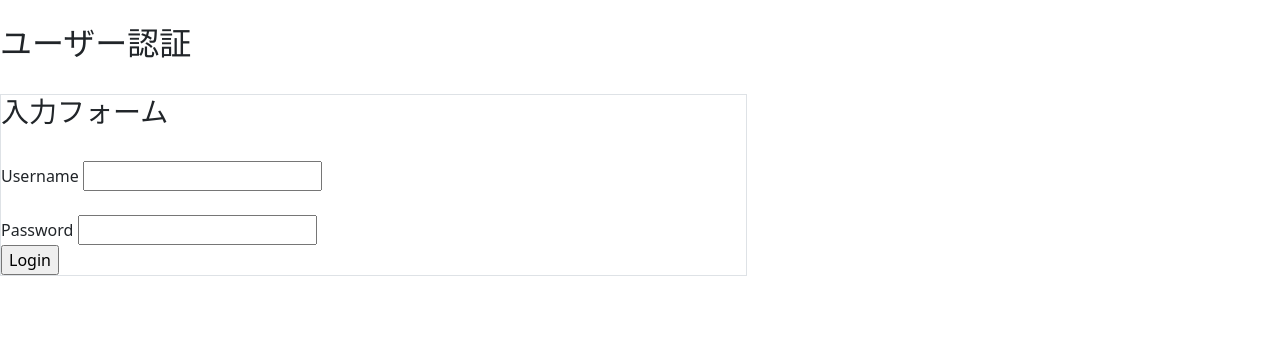
Repository: tt-nk/form-app
Page: http://localhost/login
An editor plug-in stored every save of this project. The page is shown before and after the next save, followed by the edit.
The browser window is 1280 px wide. The pictures show the whole page.
The page is served by the project's application, run on Flask 3 (app.py).

Above is the page before, as saved 2021-12-15 00:52:58.

After the next save:
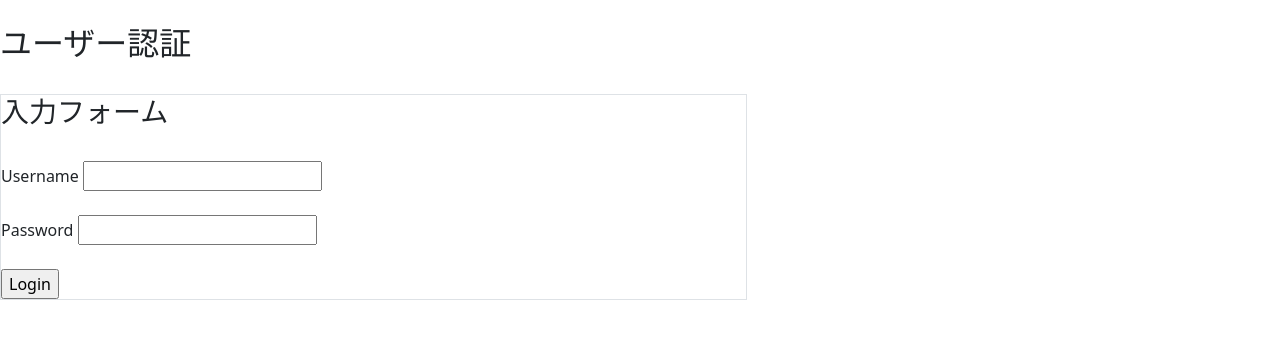
Saved 23 s later.
--- a/templates/form.html
+++ b/templates/form.html
@@ -15,8 +15,10 @@
             {% endfor %}
         </div>
         <br>
-        {{ form.password.label }}
-        {{ form.password }}
+        <div class="form-group">
+            {{ form.password.label }}
+            {{ form.password }}
+        </div>
         <br>
         {{ form.submit}}
     </form>

After the save that followed:
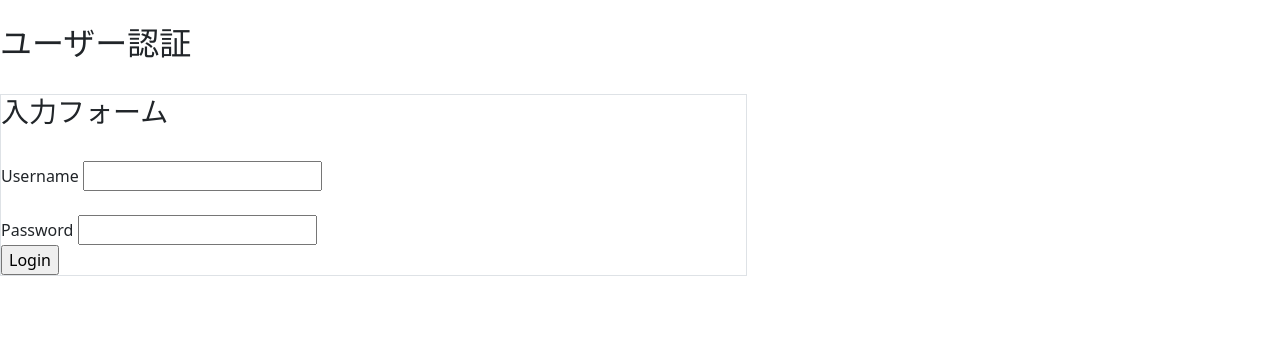
Saved 18 s later.
--- a/templates/form.html
+++ b/templates/form.html
@@ -19,7 +19,6 @@
             {{ form.password.label }}
             {{ form.password }}
         </div>
-        <br>
         {{ form.submit}}
     </form>
 </div>
